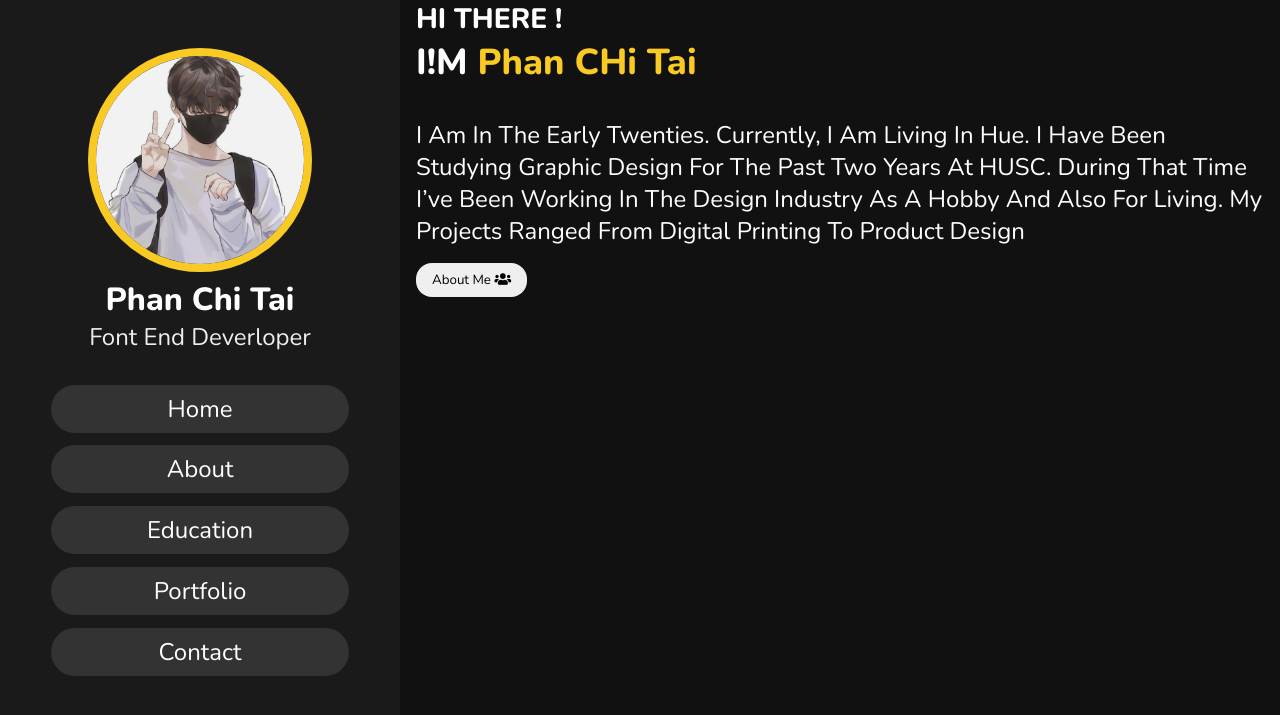
Repository: PCTai/My-profile
Page: index.html
The author's editor kept a copy of each file at every save. The page is drawn from the files as they stood at one save, then again after the next save.
The browser window is 1280 px wide. The pictures show the whole page.

Above is the page before, as saved 2021-11-25 20:25:33.

After the next save:
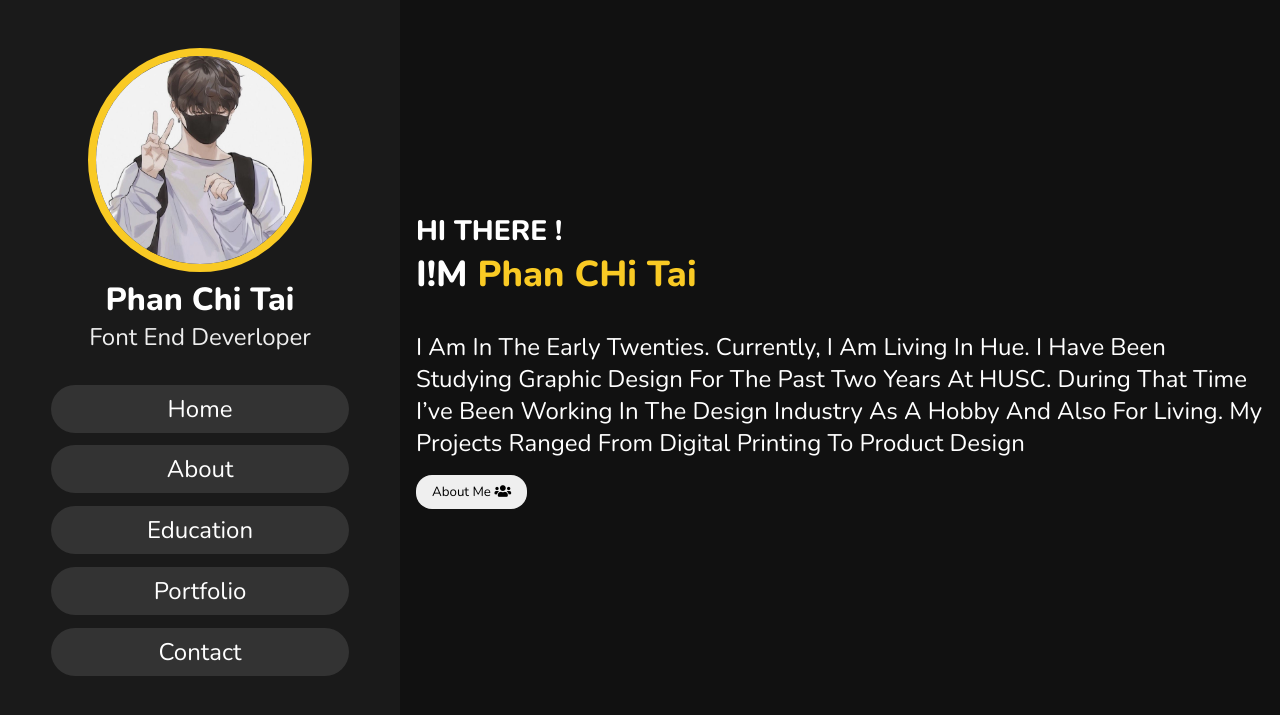
Saved 25 s later.
--- a/assets/css/style.css
+++ b/assets/css/style.css
@@ -110,7 +110,7 @@ section{
     display: flex;
     flex-direction: column;
     padding: 0 1rem;
-    margin: auto;
+    justify-content: center;
 }
 .btn:hover{
     background-color: var(--yellow);
